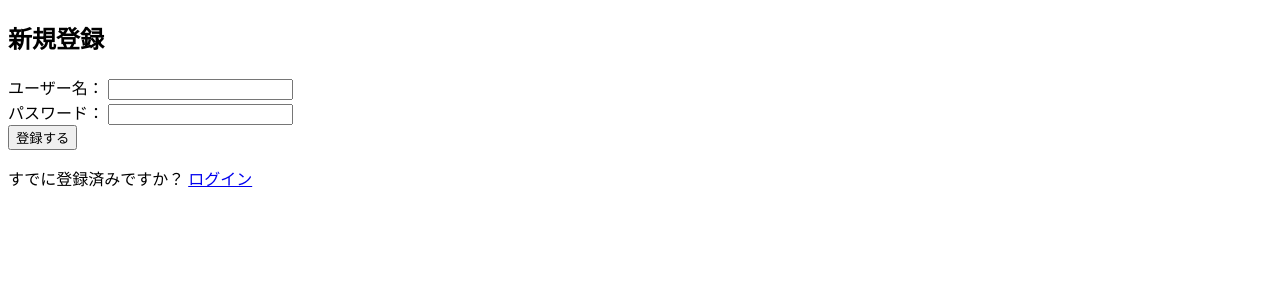
Repository: Kawamurahatesbaseball/X
Page: http://localhost/X/signup.jsp
An editor plug-in stored every save of this project. The page is shown before and after the next save, followed by the edit.
The browser window is 1280 px wide. The pictures show the whole page.
The page is served by Tomcat 10.

Above is the page before, as saved 2025-05-18 05:22:40.

After the next save:
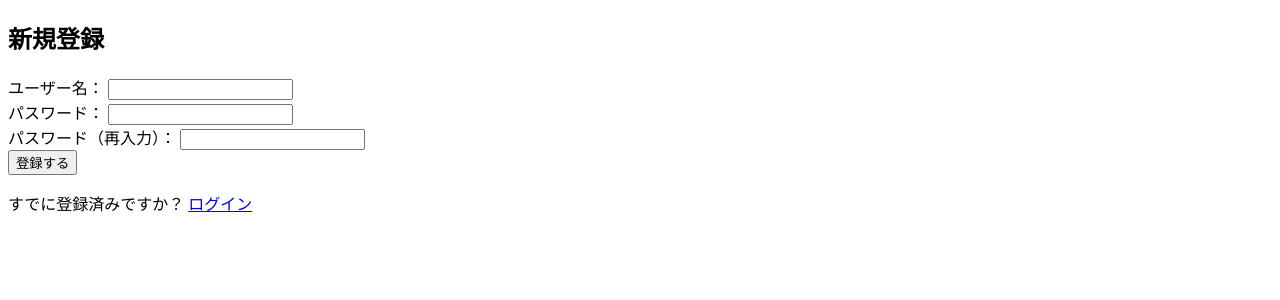
Saved 2 min 7 s later.
--- a/X/src/main/webapp/signup.jsp
+++ b/X/src/main/webapp/signup.jsp
@@ -19,6 +19,11 @@
 					id="password" name="password" required class="form-input">
 			</div>
 			<div class="form-group">
+				<label for="confirm_password">パスワード（再入力）：</label> <input
+					type="password" id="confirm_password" name="confirm_password"
+					required class="form-input">
+			</div>
+			<div class="form-group">
 				<button type="submit" class="form-button">登録する</button>
 			</div>
 		</form>
